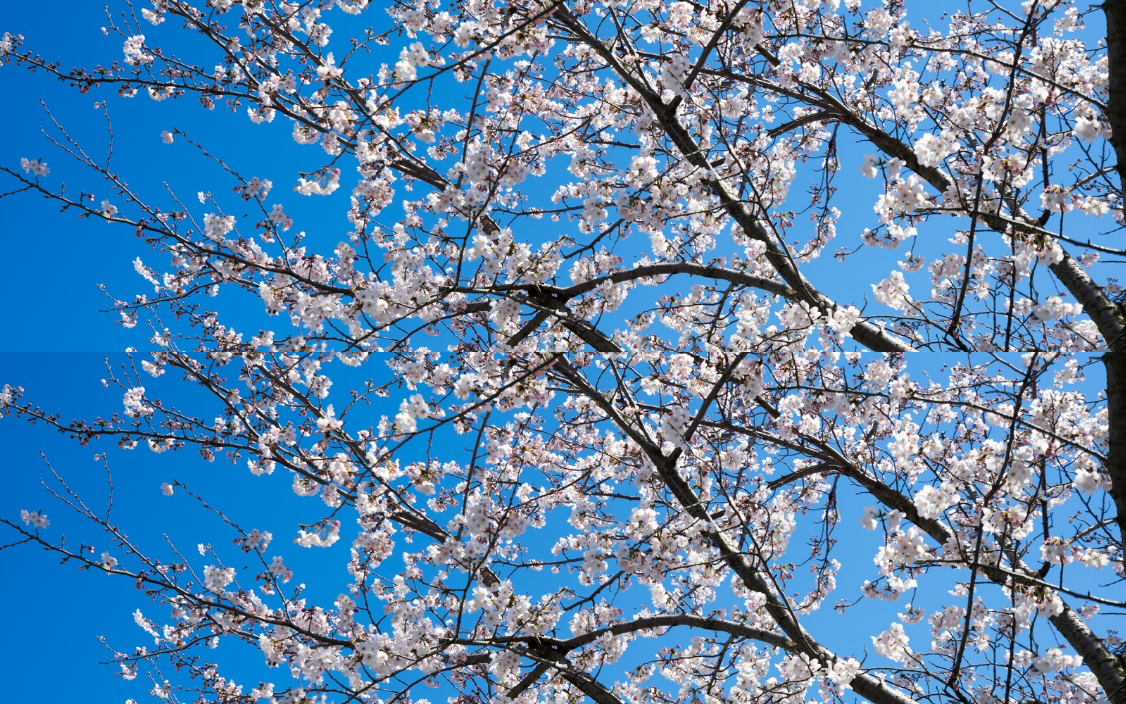
Repository: pooh0721/-
Page: sample6/chapter6.html
The author's editor kept a record of every edit. The page is drawn from the files as they stood at one moment, then again after the next edit.
The browser window is 1280 px wide. The pictures show the whole page, at 88% of full size.

Above is the page before.

After the next edit:
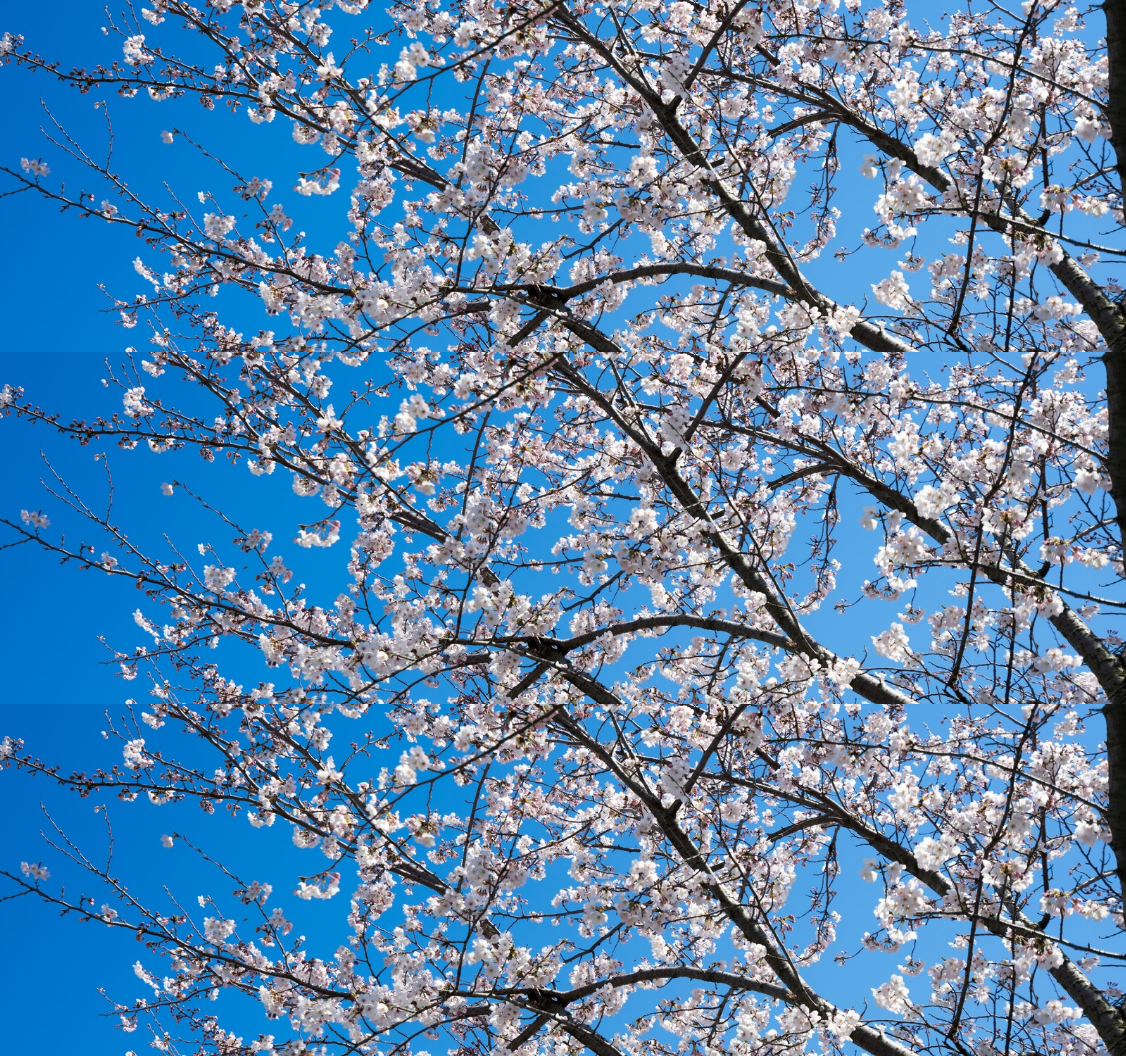
The edit:
--- a/sample6/style.css
+++ b/sample6/style.css
@@ -22,7 +22,7 @@
 
 }
 
-.img1 {
+.img2 {
   width: 100%;
   height: 400px;
   background-image: url(img/box1.jpg);
